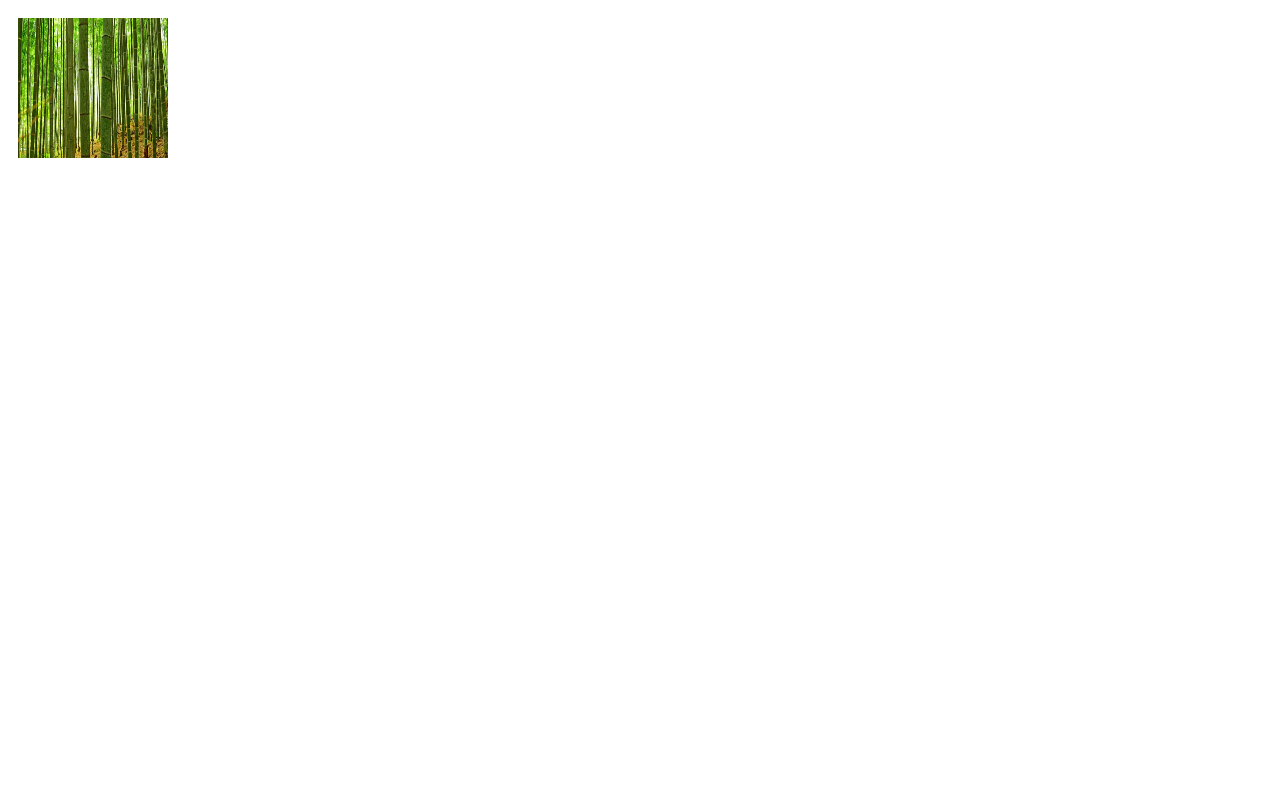
Repository: tanasa-mircea/playground
Page: canvas-filters/index.html
These files come from the project's save history. The page is drawn as it stood at one moment and after the next save; the edit follows.
The browser window is 1280 px wide. The pictures show the whole page.

Above is the page before, as saved 2019-02-08 10:53:47.

### canvas-filters/index.html
<!DOCTYPE html>
<html>
<head>
  <meta charset="utf-8">
  <meta http-equiv="X-UA-Compatible" content="IE=edge">
  <title>Page Title</title>
  <meta name="viewport" content="width=device-width, initial-scale=1">
</head>
<body>
  <canvas id="myCanvas"></canvas>
  <img id="scream" src="bamboo.jpg" style="visibility: hidden;">

  <script src="main.js"></script>
</body>
</html>

### canvas-filters/main.js
var config = {
  canvasWidth: 1200,
  canvasHeight: 600
}

var canvas,
    canvasContext,
    image;

function initCanvas() {
  canvas = document.getElementById("canvas");
  // canvas.height = config.canvasHeight;
  // canvas.width = config.canvasWidth;

  canvasContext = canvas.getContext("2d");
  image = document.getElementById("image");
  debugger
  canvasContext.drawImage(image, config.canvasWidth, config.canvasHeight, 0, 0);
}

// window.onload = function() {
//   initCanvas();
// }

window.onload = function() {
  var c = document.getElementById("myCanvas");
  var ctx = c.getContext("2d");
  var img = document.getElementById("scream");
  ctx.drawImage(img, 10, 10, 150, 180);
}

After the next save:
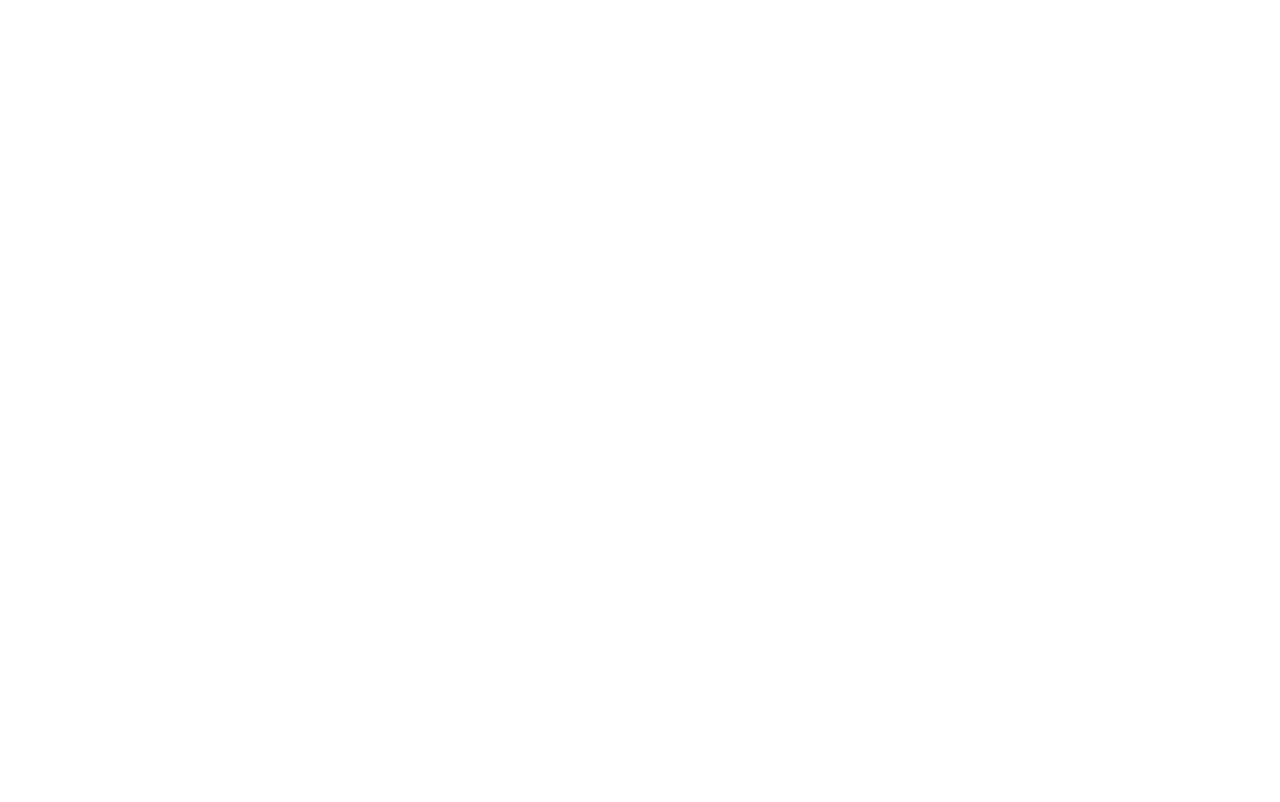
Console error (its wording comes from the project's code and is left out).
Saved 18 s later.
--- a/canvas-filters/main.js
+++ b/canvas-filters/main.js
@@ -25,6 +25,6 @@ function initCanvas() {
 window.onload = function() {
   var c = document.getElementById("myCanvas");
   var ctx = c.getContext("2d");
-  var img = document.getElementById("scream");
+  var img = document.getElementById("bamboo");
   ctx.drawImage(img, 10, 10, 150, 180);
 }

After the save that followed:
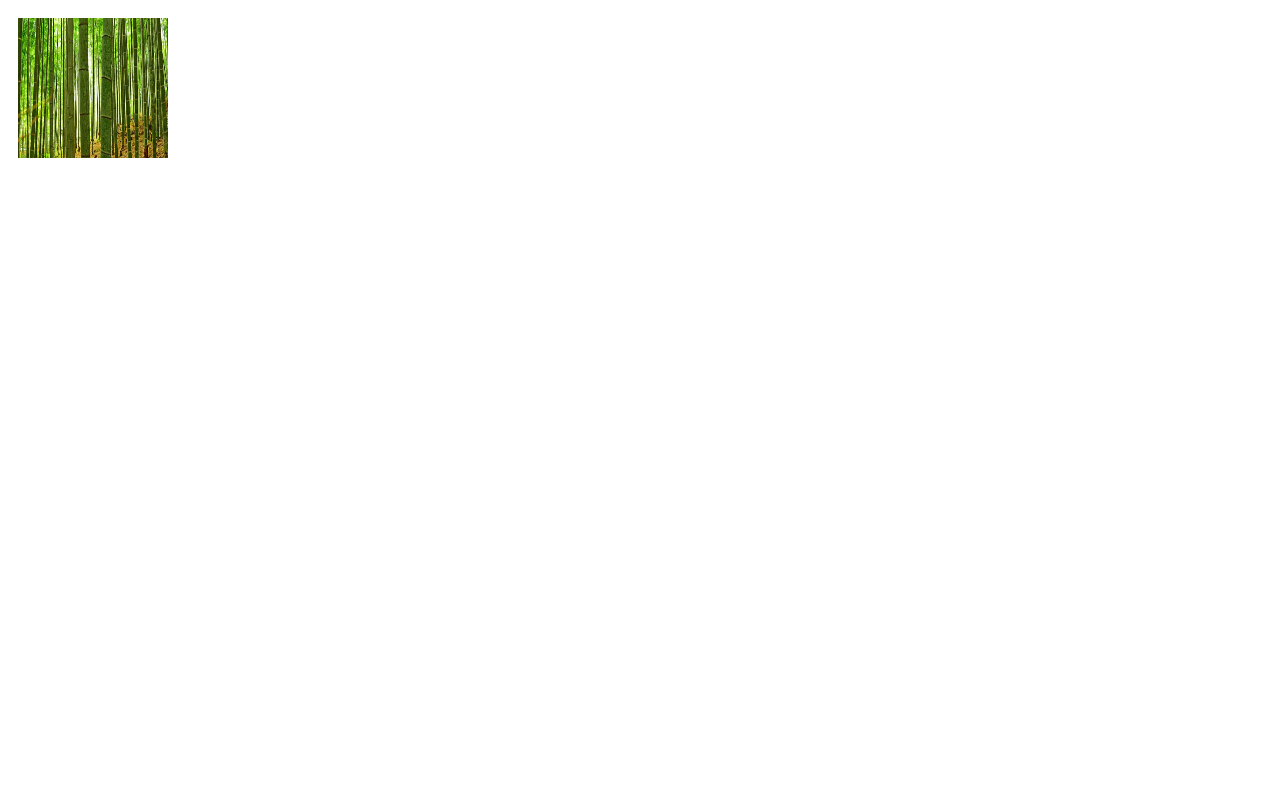
The error is gone.
Saved 4 s later.
--- a/canvas-filters/index.html
+++ b/canvas-filters/index.html
@@ -8,7 +8,7 @@
 </head>
 <body>
   <canvas id="myCanvas"></canvas>
-  <img id="scream" src="bamboo.jpg" style="visibility: hidden;">
+  <img id="bamboo" src="bamboo.jpg" style="visibility: hidden;">
 
   <script src="main.js"></script>
 </body>
